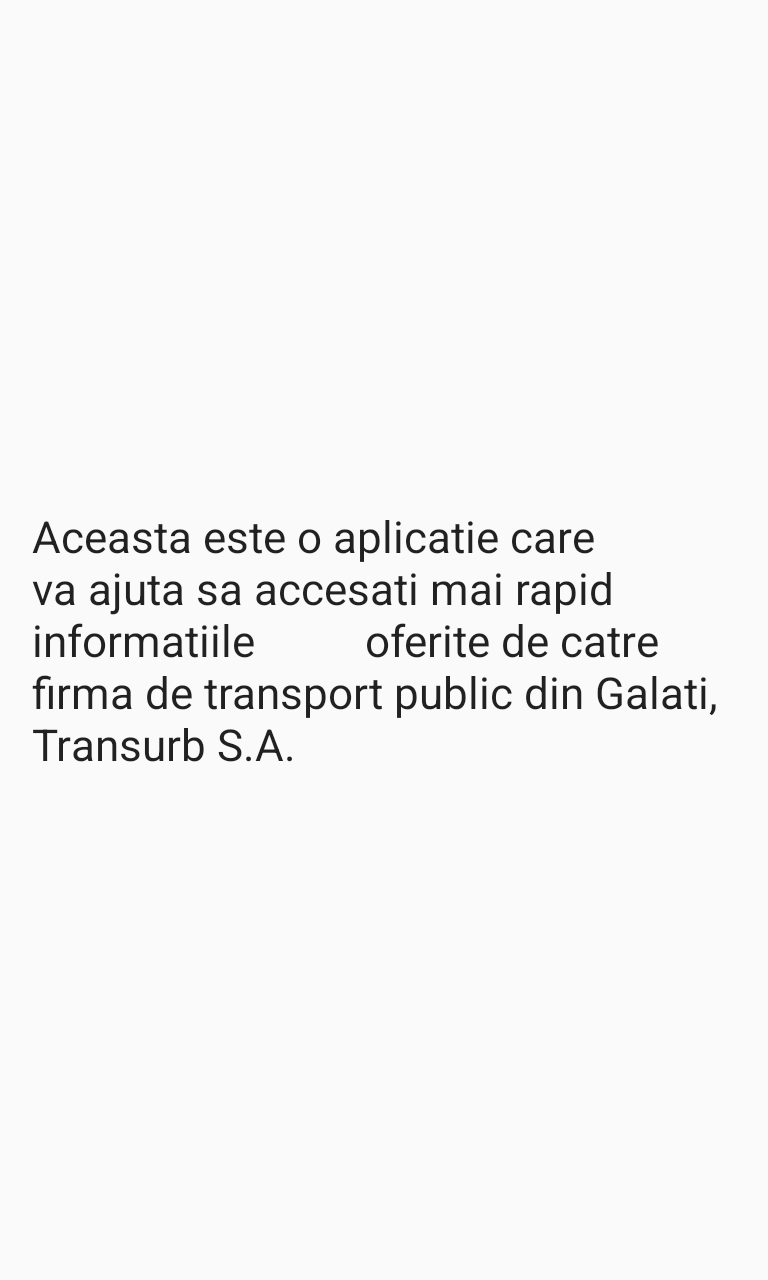
Repository: teoturcu/testdis
Layout: Trans/res/layout/fragment_main.xml
These files come from the project's save history. The layout is drawn as it stood at one moment and after the next save; the edit follows.
It is drawn on a 768 x 1280 px phone screen (xhdpi) without system bars, with theme AppTheme; the app's code is not run.

Above is the layout before, as saved 2015-03-29 17:13:05.

After the next save:
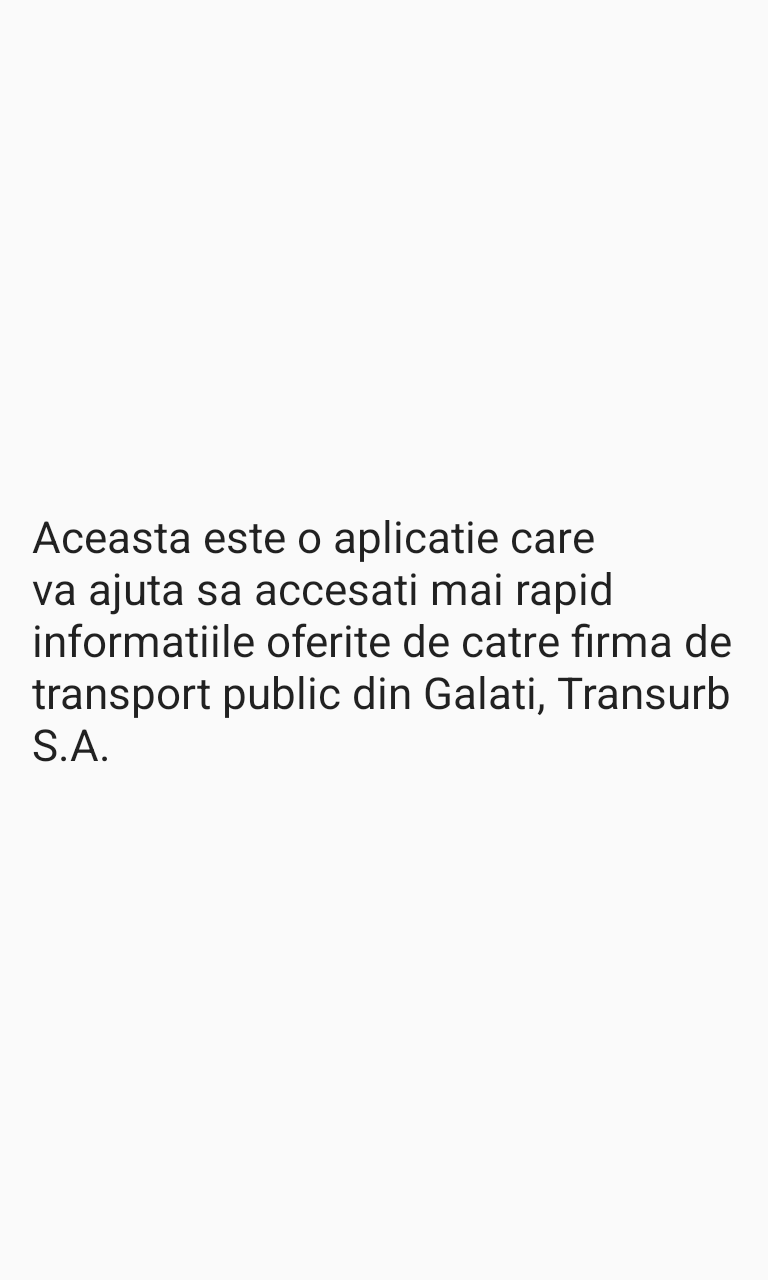
Saved 64 s later.
--- a/Trans/res/layout/fragment_main.xml
+++ b/Trans/res/layout/fragment_main.xml
@@ -19,8 +19,7 @@
         android:layout_height="wrap_content"
         android:layout_centerHorizontal="true"
         android:layout_centerVertical="true"
-        android:text="Aceasta este o aplicatie care va ajuta sa accesati mai rapid informatiile
-        oferite de catre firma de transport public din Galati, Transurb S.A."
+        android:text="Aceasta este o aplicatie care va ajuta sa accesati mai rapid informatiile oferite de catre firma de transport public din Galati, Transurb S.A."
         android:textAppearance="?android:attr/textAppearanceLarge" />
 
 </RelativeLayout>
